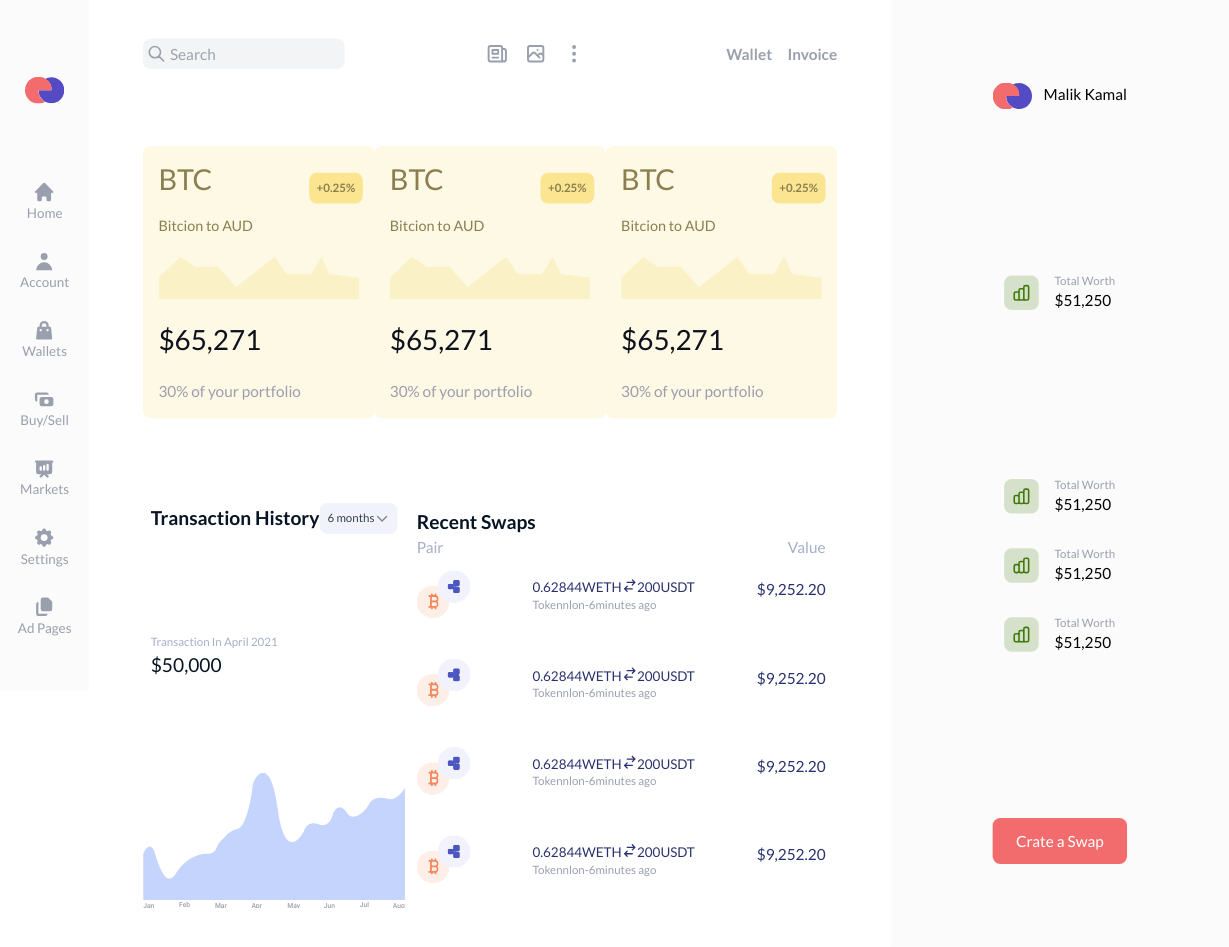
Repository: almaqdad55/crypto-app-nextjs
Page: /
These files come from the project's save history. The page is drawn as it stood at one moment and after the next save; the edit follows.
The browser window is 1280 px wide. The pictures show the whole page, at 96% of full size.
The project was rebuilt for these pictures with package versions that can differ from the ones it lists, and the page was loaded fresh each time. The framework's server and built-in components were replaced by stand-ins that run in the browser.

Above is the page before, as saved 2022-01-04 22:38:36.

### pages/index.js
import Head from 'next/head';
import Sidebar from '../components/Sidebar';
import Feed from '../components/Feed';
import Widget from '../components/Widget';

export default function Home() {
  return (
    <div className="">
      <Head>
        <title>Crypto Trade</title>
        <link rel="icon" href="/logo.svg" />
      </Head>

      <main className="flex">
        <Sidebar />
        <Feed />
        <Widget />
      </main>
    </div>
  );
}

### styles/globals.css
@import url('https://fonts.googleapis.com/css2?family=Lato:wght@300;400;700&display=swap');

@tailwind base;
@tailwind components;
@tailwind utilities;

@layer base {
  body {
    @apply bg-white font-Lato;
  }
}

@layer components {
  .icon-group {
    @apply flex flex-col  items-center text-sm cursor-pointer text-[#9A9FAD] hover:text-[#544AC3] transition duration-200;
  }
}

### components/Sidebar.jsx
import {
  HomeIcon,
  UserIcon,
  CashIcon,
  ShoppingBagIcon,
  PresentationChartBarIcon,
  CogIcon,
  DocumentDuplicateIcon,
} from '@heroicons/react/solid';

const Sidebar = () => {
  return (
    <div className="flex flex-col items-center  h-screen w-[142px]  bg-[#fbfbfb] ">
      <div className="mt-20">
        <img src="/logo.svg" alt="" />
      </div>
      <div className="mb-40 mt-20 flex flex-col space-y-7">
        <div className="icon-group group">
          <HomeIcon className="h-6 " />
          <span className="">Home</span>
        </div>
        <div className="icon-group group">
          <UserIcon className="h-6 " />
          <span className="">Account</span>
        </div>
        <div className="icon-group group">
          <ShoppingBagIcon className="h-6 " />
          <span className="">Wallets</span>
        </div>
        <div className="icon-group group ">
          <CashIcon className="h-6 " />
          <span className="">Buy/Sell</span>
        </div>
        <div className="icon-group group">
          <PresentationChartBarIcon className="h-6 " />
          <span className="">Markets</span>
        </div>
        <div className="icon-group group">
          <CogIcon className="h-6 " />
          <span className="">Settings</span>
        </div>
        <div className="icon-group group">
          <DocumentDuplicateIcon className="h-6 " />
          <span className="">Ad Pages</span>
        </div>
      </div>
    </div>
  );
};

export default Sidebar;

### components/Feed.jsx
import {
  DotsVerticalIcon,
  PhotographIcon,
  NewspaperIcon,
  SearchIcon,
} from '@heroicons/react/outline';

import Card from './Card';
import TransactionHistory from './TransactionHistory';
import RecentSwaps from './RecentSwaps';

// import { SearchIcon } from '@heroicons/react/solid';
const Feed = () => {
  return (
    <div className=" flex-grow  bg-white px-14 py-10 space-y-20">
      {/* Top Menu */}
      <div className="flex items-center  justify-between ">
        <div className="flex items-center bg-[#F2F4F5] rounded-lg p-1 space-x-1">
          <SearchIcon className="h-5 text-[#9A9FAD]" />
          <input
            type="text"
            placeholder={`Search`}
            className="outline-none bg-[#F2F4F5]"
          />
        </div>
        <div className="flex space-x-4 text-[#9A9FAD] ">
          <NewspaperIcon className="h-6 " />
          <PhotographIcon className="h-6 " />
          <DotsVerticalIcon className="h-6 " />
        </div>
        <div className="flex text-[16px] font-bold space-x-4 text-[#9A9FAD]  ">
          <p className="">Wallet</p>
          <p className="">Invoice</p>
        </div>
      </div>

      {/* Cards Display */}
      {/* <div className="grid grid-cols-1 sm:grid-cols-2 md:grid-cols-2 xl:grid-cols-3 gap-3 "> */}
      <div className="flex justify-around">
        <Card />
        <Card />
        <Card />
      </div>

      <div className="flex justify-evenly">
        <TransactionHistory />
        <RecentSwaps />
      </div>
    </div>
  );
};

export default Feed;

### components/Widget.jsx
import {
  ChartBarIcon,
  RefreshIcon,
  CurrencyDollarIcon,
  SwitchHorizontalIcon,
  ShieldCheckIcon,
} from '@heroicons/react/outline';
import StatsDisplay from './StatsDisplay';
import Button from './Button';
const Widget = () => {
  return (
    <div className="bg-[#fbfbfb] min-w-[352px] flex flex-col items-center justify-around">
      <div className=" flex justify-center space-x-3">
        <img src="/logo.svg" alt="" className="" />
        <h2>Malik Kamal</h2>
      </div>
      <StatsDisplay />
      <div className="flex flex-col space-y-8">
        <StatsDisplay />
        <StatsDisplay />
        <StatsDisplay />
      </div>

      <Button />
    </div>
  );
};

export default Widget;

### components/Card.jsx
const Card = () => {
  return (
    <div className="  flex flex-col justify-between w-[241px] h-[284px] bg-[#FDF9E5] rounded-lg relative text-[#8B7F50] p-4">
      <div className="absolute bg-[#FBE591] text-[#8B7F50] text-xs rounded-lg p-2 font-bold top-7 right-3">
        +0.25%
      </div>
      <h1 className="text-3xl ">BTC</h1>
      <p className="text-[15px]">Bitcion to AUD</p>

      <img src="/bg-btc.svg" alt="" />

      <p className="text-[29px] text-[#0F111D]">$65,271</p>
      <p className="text-[#9D9DAE]">30% of your portfolio</p>
    </div>
  );
};

export default Card;

### components/TransactionHistory.jsx
import DropDownList from './DropDownList';

const TransactionHistory = () => {
  return (
    <div className=" flex flex-col justify-between relative  min-h-[323px]">
      <DropDownList />
      <h1 className="text-[20px] text-[#061423] p-2 font-bold">
        Transaction History
      </h1>
      <div className="p-2">
        <p className="text-xs text-[#A6AEC9]">Transaction In April 2021</p>
        <p className="text-[20px] text-[#061423]"> $50,000</p>
      </div>
      <div className="">
        <img src="/history.svg" alt="" className="" />
        <img src="/months.svg" alt="" className="w-[376px]" />
      </div>
    </div>
  );
};

export default TransactionHistory;

### components/RecentSwaps.jsx
import DropDownList from './DropDownList';
import Swap from './Swap';
const RecentSwaps = () => {
  return (
    <div className=" flex flex-col  relative  min-w-[450px]  p-3 justify-between">
      {/* <DropDownList /> */}
      <h1 className="text-[20px] text-[#061423] font-bold">Recent Swaps</h1>
      <div className="text-[#A6AEC9] flex justify-between ">
        <p>Pair</p>
        <p>Value</p>
      </div>
      <div className="flex flex-col space-y-4">
        <Swap />
        <Swap />
        <Swap />
        <Swap />
      </div>
    </div>
  );
};

export default RecentSwaps;

### components/StatsDisplay.jsx
import {
  ChartBarIcon,
  RefreshIcon,
  CurrencyDollarIcon,
  SwitchHorizontalIcon,
  ShieldCheckIcon,
} from '@heroicons/react/outline';

const StatsDisplay = () => {
  return (
    <div className="flex items-center space-x-4">
      <div className="bg-[#427A0A]/20 p-2 rounded-lg">
        <ChartBarIcon className="h-5 text-[#427A0A]" />
      </div>
      <div>
        <p className="text-[#9A9FAD] text-xs">Total Worth</p>
        <h2 className="text-base">$51,250</h2>
      </div>
    </div>
  );
};

export default StatsDisplay;

### components/Button.jsx
const Button = () => {
  return (
    <button className="bg-[#F26C6D] text-white py-3 px-6 rounded-lg">
      Crate a Swap
    </button>
  );
};

export default Button;

### components/DropDownList.jsx
import { ChevronDownIcon } from '@heroicons/react/outline';

const DropDownList = () => {
  return (
    <div className="flex items-center absolute top-2 right-2 rounded-lg bg-[#F1F2FB] p-2 cursor-pointer">
      <p className="text-xs text-[#35404E]">6 months</p>
      <ChevronDownIcon className="h-4 text-[#7C838F]" />
    </div>
  );
};

export default DropDownList;

### components/Swap.jsx
import { SwitchHorizontalIcon } from '@heroicons/react/outline';

const Swap = () => {
  return (
    <div className=" flex text-[#2A316F] justify-between">
      <div className="relative flex p-6 ">
        <div className="p-1 ">
          <img
            src="/bitcoin-icon.svg"
            alt=""
            className="h-50 absolute top-7 left-0"
          />
          <img
            src="/ripple-icon.svg"
            alt=""
            className="h-50 absolute top-3 right-0"
          />
        </div>
      </div>
      <div className="py-5">
        <div className=" flex  text-sm ">
          <p>0.62844WETH</p>
          <SwitchHorizontalIcon className="h-4" />
          <p>200USDT</p>
        </div>
        <p className="text-xs text-[#9A9FAD]">Tokennlon-6minutes ago</p>
      </div>

      <p className="py-5">$9,252.20</p>
    </div>
  );
};

export default Swap;

### tailwind.config.js
module.exports = {
  content: [
    './pages/**/*.{js,ts,jsx,tsx}',
    './components/**/*.{js,ts,jsx,tsx}',
  ],
  theme: {
    extend: {
      fontFamily: {
        Lato: ['Lato', 'sans-serif'],
      },
    },
  },
  plugins: [],
};

Loaded but not shown: pages/_app.js (common file)

After the next save:
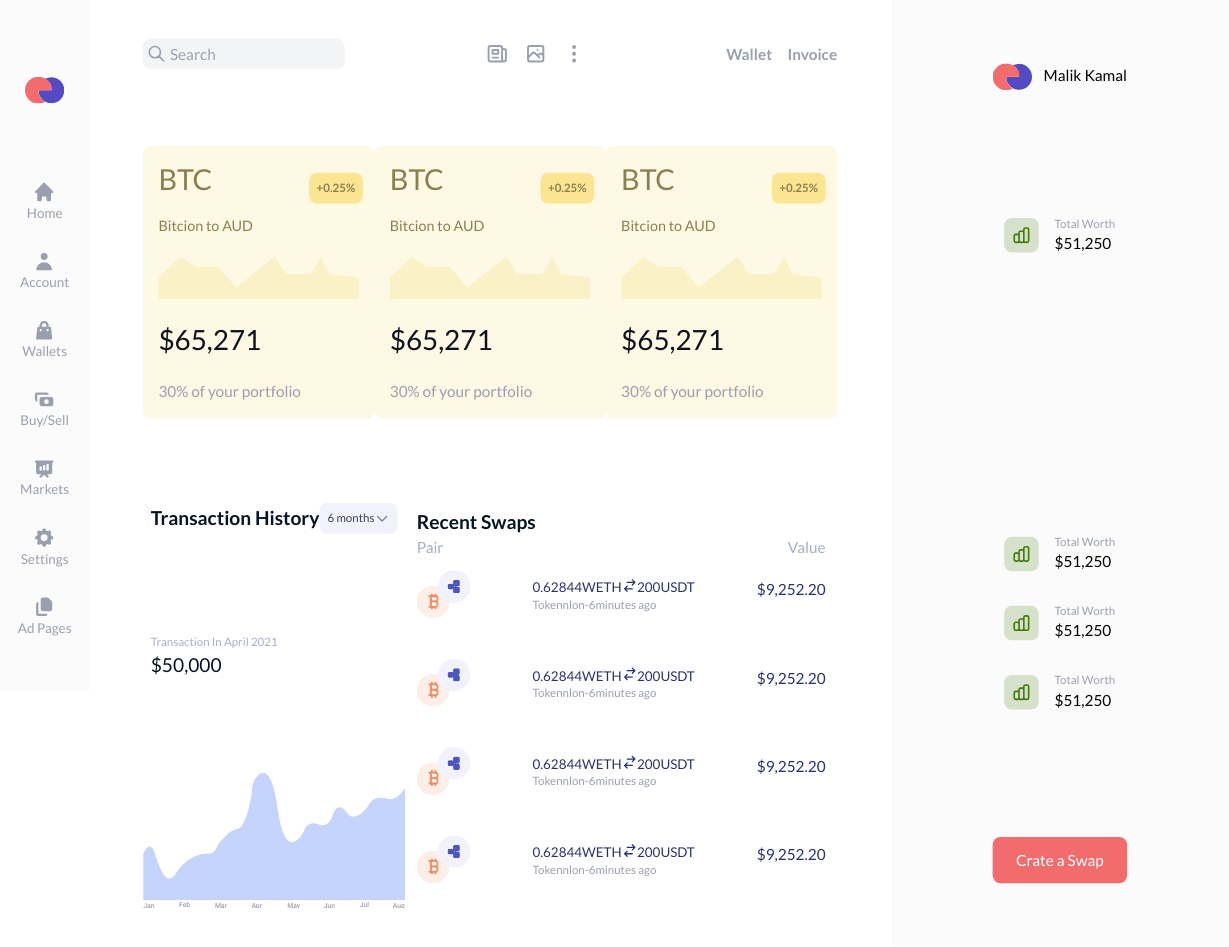
Saved 36 s later.
--- a/components/Widget.jsx
+++ b/components/Widget.jsx
@@ -15,6 +15,7 @@ const Widget = () => {
         <h2>Malik Kamal</h2>
       </div>
       <StatsDisplay />
+      <hr className="h-7" />
       <div className="flex flex-col space-y-8">
         <StatsDisplay />
         <StatsDisplay />
